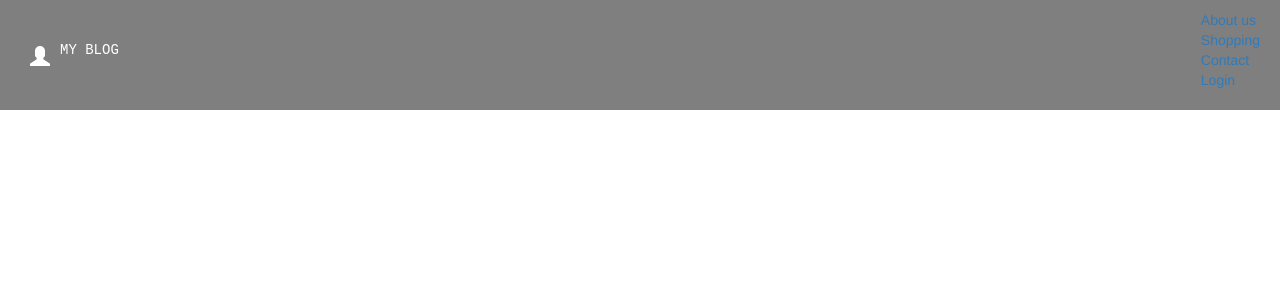
Repository: alikahwaji/HTML-CSS
Page: index.html
An editor plug-in stored every save of this project. The page is shown before and after the next save, followed by the edit.
The browser window is 1280 px wide. The pictures show the whole page.

Above is the page before, as saved 2019-10-07 13:42:42.

After the next save:
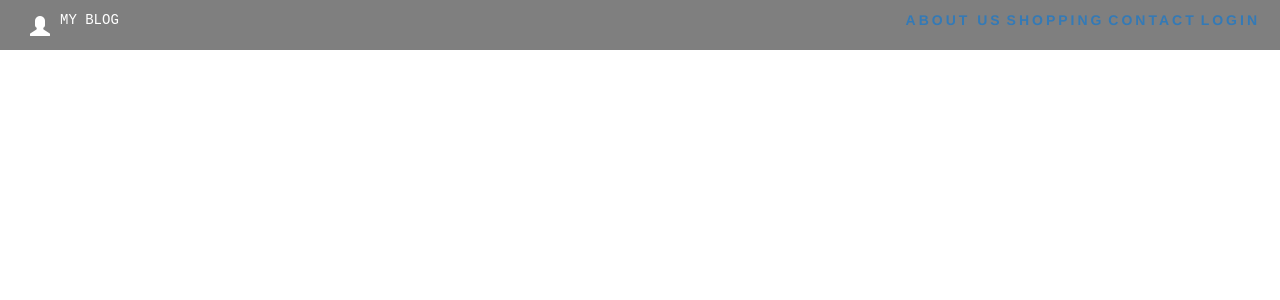
Saved 72 s later.
--- a/style.css
+++ b/style.css
@@ -24,4 +24,8 @@ header nav {
 
 nav ul li {
   list-style: none;
+  display: inline;
+  text-transform: uppercase;
+  font-weight: bold;
+  letter-spacing: 3px;
 }
